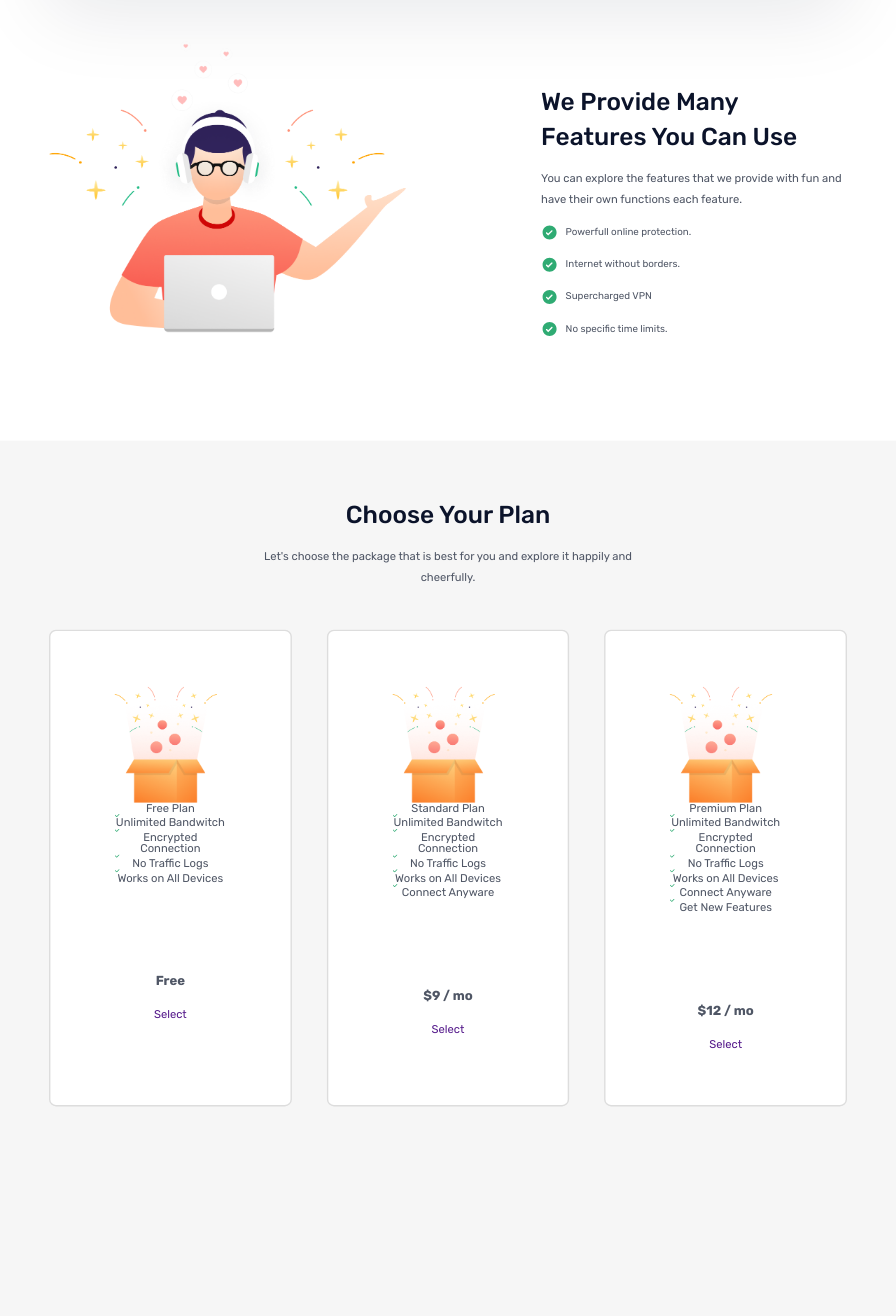
Repository: thefellowshiplotr/lasles_recode
Page: index.html
These files come from the project's save history. The page is drawn as it stood at one moment and after the next save; the edit follows.
The browser window is 1280 px wide. The pictures show the part of the page from y = 862 to 2782 px (the page is 2742 px tall before and 2782 px after), at 70% of full size.
The style sheet was rebuilt from its Sass, Less or Tailwind sources for each picture, by a compiler version that may differ from the author's.

Above is the page before, as saved 2022-10-28 16:17:59.

### index.html
<!DOCTYPE html>
<html lang="en">
  <head>
    <meta charset="UTF-8" />
    <meta http-equiv="X-UA-Compatible" content="IE=edge" />
    <meta name="viewport" content="width=device-width, initial-scale=1.0" />
    <title>Lasles Vpn</title>
    <link rel="preconnect" href="https://fonts.googleapis.com" />
    <link rel="preconnect" href="https://fonts.gstatic.com" crossorigin />
    <link
      href="https://fonts.googleapis.com/css2?family=Rubik:wght@400;500;700&display=swap"
      rel="stylesheet"
    />
    <link rel="stylesheet" href="./css/app.css" />
  </head>
  <body>
    <div class="wrapper">
      <header class="header">
        <div class="container">
          <div class="header-container">
            <img srcset="./img/logo.png 2x" alt="" class="header-logo" />
            <ul class="menu">
              <li class="menu-item">
                <a href="#" class="menu-link">About</a>
              </li>
              <li class="menu-item">
                <a href="#" class="menu-link">Features</a>
              </li>
              <li class="menu-item">
                <a href="#" class="menu-link">Pricing</a>
              </li>
              <li class="menu-item">
                <a href="#" class="menu-link">Testimonials</a>
              </li>
              <li class="menu-item">
                <a href="#" class="menu-link">Help</a>
              </li>
            </ul>
            <div class="header-auth">
              <a href="#" class="header-signin">Sign In</a>
              <a href="#" class="header-signup">Sign Up</a>
            </div>
          </div>
        </div>
      </header>
    </div>
    <div class="wrapper">
      <section class="hero">
        <div class="container">
          <div class="hero-container">
            <div class="hero-content">
              <h1 class="hero-heading">
                Want anything to be easy with
                <strong class="hero-laslesvpn">LaslesVPN.</strong>
              </h1>
              <p class="hero-desc">
                Provide a network for all your needs with ease and fun using
                <strong class="hero-laslesvpn2">LaslesVPN</strong> discover
                interesting features from us.
              </p>
            </div>
            <div class="hero-btn">
              <a href="" class="button button-primary">Get Started</a>
            </div>
            <div class="hero-img">
              <img srcset="./img/hero-image.png 2x" alt="" />
            </div>
          </div>
        </div>
      </section>
    </div>
    <div class="wrapper">
      <section class="intro">
        <div class="container">
          <div class="intro-container">
            <div class="intro-item">
              <div class="intro-icon">
                <img srcset="./img/user.png 2x" alt="" />
              </div>
              <div class="intro-info">
                <div class="intro-title">90+</div>
                <p class="intro-text">Users</p>
              </div>
            </div>
            <div class="intro-item">
              <div class="intro-icon">
                <img srcset="./img/location.png 2x" alt="" />
              </div>
              <div class="intro-info">
                <div class="intro-title">30+</div>
                <p class="intro-text">Locations</p>
              </div>
            </div>
            <div class="intro-item">
              <div class="intro-icon">
                <img srcset="./img/server.png 2x" alt="" />
              </div>
              <div class="intro-info">
                <div class="intro-title">50+</div>
                <p class="intro-text">Servers</p>
              </div>
            </div>
          </div>
        </div>
      </section>
    </div>
    <div class="wrapper">
      <section class="feature">
        <div class="container">
          <div class="feature-container">
            <img
              srcset="./img/feature-image.png 2x"
              alt=""
              class="feature-img"
            />
            <div class="feature-content">
              <h2 class="feature-heading">
                We Provide Many Features You Can Use
              </h2>
              <p class="feature-desc">
                You can explore the features that we provide with fun and have
                their own functions each feature.
              </p>
              <div class="feature-list">
                <div class="feature-item">
                  <img src="./img/icon-check.svg" alt="" />
                  <span>Powerfull online protection.</span>
                </div>
                <div class="feature-item">
                  <img src="./img/icon-check.svg" alt="" />
                  <span>Internet without borders.</span>
                </div>
                <div class="feature-item">
                  <img src="./img/icon-check.svg" alt="" />
                  <span>Supercharged VPN</span>
                </div>
                <div class="feature-item">
                  <img src="./img/icon-check.svg" alt="" />
                  <span>No specific time limits.</span>
                </div>
              </div>
            </div>
          </div>
        </div>
      </section>
    </div>
    <div class="wrapper background-plan">
      <section class="plan">
        <div class="container">
          <div class="plan-container">
            <div class="plan-header">
              <h2 class="plan-heading">Choose Your Plan</h2>
              <p class="plan-desc">
                Let's choose the package that is best for you and explore it
                happily and cheerfully.
              </p>
            </div>
            <div class="plan-list">
              <div class="plan-item">
                <div class="plan-img">
                  <img srcset="./img/plan.png 2x" alt="" />
                </div>
                <div class="plan-title">Free Plan</div>
                <div class="plan-details">
                  <div class="plan-info">
                    <img
                      srcset="./img/icon-check-line.svg 2x"
                      alt=""
                      class="plan-icon"
                    />
                    <span>Unlimited Bandwitch</span>
                  </div>
                  <div class="plan-info">
                    <img
                      srcset="./img/icon-check-line.svg 2x"
                      alt=""
                      class="plan-icon"
                    />
                    <span>Encrypted Connection</span>
                  </div>
                  <div class="plan-info">
                    <img
                      srcset="./img/icon-check-line.svg 2x"
                      alt=""
                      class="plan-icon"
                    />
                    <span>No Traffic Logs</span>
                  </div>
                  <div class="plan-info">
                    <img
                      srcset="./img/icon-check-line.svg 2x"
                      alt=""
                      class="plan-icon"
                    />
                    <span>Works on All Devices</span>
                  </div>
                </div>
                <h3 class="plan-price">Free</h3>
                <a href="" class="button button-rounded">Select</a>
              </div>
              <div class="plan-item">
                <div class="plan-img">
                  <img srcset="./img/plan.png 2x" alt="" />
                </div>
                <div class="plan-title">Standard Plan</div>
                <div class="plan-details">
                  <div class="plan-info">
                    <img
                      srcset="./img/icon-check-line.svg 2x"
                      alt=""
                      class="plan-icon"
                    />
                    <span>Unlimited Bandwitch</span>
                  </div>
                  <div class="plan-info">
                    <img
                      srcset="./img/icon-check-line.svg 2x"
                      alt=""
                      class="plan-icon"
                    />
                    <span>Encrypted Connection</span>
                  </div>
                  <div class="plan-info">
                    <img
                      srcset="./img/icon-check-line.svg 2x"
                      alt=""
                      class="plan-icon"
                    />
                    <span>No Traffic Logs</span>
                  </div>
                  <div class="plan-info">
                    <img
                      srcset="./img/icon-check-line.svg 2x"
                      alt=""
                      class="plan-icon"
                    />
                    <span>Works on All Devices</span>
                  </div>
                  <div class="plan-info">
                    <img
                      srcset="./img/icon-check-line.svg 2x"
                      alt=""
                      class="plan-icon"
                    />
                    <span>Connect Anyware</span>
                  </div>
                </div>
                <h3 class="plan-price">$9 / mo</h3>
                <a href="" class="button button-rounded">Select</a>
              </div>
              <div class="plan-item">
                <div class="plan-img">
                  <img srcset="./img/plan.png 2x" alt="" />
                </div>
                <div class="plan-title">Premium Plan</div>
                <div class="plan-details">
                  <div class="plan-info">
                    <img
                      srcset="./img/icon-check-line.svg 2x"
                      alt=""
                      class="plan-icon"
                    />
                    <span>Unlimited Bandwitch</span>
                  </div>
                  <div class="plan-info">
                    <img
                      srcset="./img/icon-check-line.svg 2x"
                      alt=""
                      class="plan-icon"
                    />
                    <span>Encrypted Connection</span>
                  </div>
                  <div class="plan-info">
                    <img
                      srcset="./img/icon-check-line.svg 2x"
                      alt=""
                      class="plan-icon"
                    />
                    <span>No Traffic Logs</span>
                  </div>
                  <div class="plan-info">
                    <img
                      srcset="./img/icon-check-line.svg 2x"
                      alt=""
                      class="plan-icon"
                    />
                    <span>Works on All Devices</span>
                  </div>
                  <div class="plan-info">
                    <img
                      srcset="./img/icon-check-line.svg 2x"
                      alt=""
                      class="plan-icon"
                    />
                    <span>Connect Anyware</span>
                  </div>
                  <div class="plan-info">
                    <img
                      srcset="./img/icon-check-line.svg 2x"
                      alt=""
                      class="plan-icon"
                    />
                    <span>Get New Features</span>
                  </div>
                </div>
                <h3 class="plan-price">$12 / mo</h3>
                <a href="" class="button button-rounded">Select</a>
              </div>
            </div>
          </div>
        </div>
      </section>
    </div>
  </body>
</html>

### sass/app.scss
@import "reset";
@import "variables";
@import "global";
@import "header";
@import "menu";
@import "hero";
@import "intro";
@import "feature";
@import "plan";

### sass/_variables.scss
$font: "Rubik", sans-serif;
$text-color: #4f5665;
$heading-color: #0b132a;
$primary-color: #f53838;
$secondary-color: #f53855;
$gray-color: #f6f6f6;
$gray-light-color: #f8f8f8;
$gray-lighter-color: #afb5c0;

### sass/_global.scss
.wrapper {
  max-width: 1440px;
  margin: 0 auto;
}

.container {
  max-width: 1170px;
  margin: 0 auto;
  padding: 0 15px;
}

body {
  line-height: 1;
  font-family: $font;
  color: $text-color;
  font-weight: 400;
}

.button {
  &-primary {
    color: #fff;
    padding: 17px 77px;
    border: none;
    background-color: $primary-color;
    border: 1px solid;
    border-radius: 10px;
    white-space: nowrap;
  }
}
.background-plan {
  background-color: $gray-color;
}

### sass/_header.scss
.header {
  padding-top: 30px;
  padding-bottom: 90px;
  &-container {
    display: flex;
    justify-content: space-between;
    align-items: center;
  }
  &-auth {
    display: flex;
    align-items: center;
    gap: 0 30px;
  }
  &-signin {
    color: $heading-color;
    font-weight: 500;
    font-size: 16px;
    line-height: calc(18.96 / 16);
  }
  &-signup {
    color: $secondary-color;
    font-weight: 500;
    font-size: 16px;
    line-height: calc(18.96 / 16);
    padding: 13px 45px;
    border: 1px solid $secondary-color;
    border-radius: 50px;
    // border-radius: 100rem;
  }
}

### sass/_menu.scss
.menu {
  list-style: none;
  display: flex;
  align-items: center;
  gap: 0 40px;
  &-link {
    color: inherit;
    font-size: 16px;
    line-height: calc(18.96 / 16);
  }
}

### sass/_hero.scss
.hero {
  padding-bottom: 100px;
  &-container {
    display: flex;
    justify-content: space-between;
    align-items: center;
    position: relative;
    gap: 0 40px;
    align-items: center;
  }
  &-content {
    width: 100%;
    max-width: 555px;
    display: flex;
    align-items: center;
    flex-direction: column;
    align-content: center;
  }
  &-img {
    position: absolute;
    top: 50%;
    transform: translate(40px, -40%);
    right: 0;
  }
  &-heading {
    color: $heading-color;
    font-weight: 500;
    font-size: 50px;
    line-height: calc(70 / 50);
    margin-bottom: 20px;
  }
  &-desc {
    font-weight: 400;
    font-size: 16px;
    line-height: calc(30 / 16);
    margin-bottom: 50px;
  }
  &-laslesvpn {
    font-weight: 700;
    font-size: 50px;
    line-height: calc(70 / 50);
  }
  &-btn {
    font-weight: 700;
    font-size: 16px;
    line-height: calc(25 / 16);
    position: absolute;
    left: 0;
    bottom: -55px;
    box-shadow: 0 37px 54px 0px $primary-color;
  }
}

### sass/_intro.scss
.intro {
  padding: 57px 0;
  margin-top: 40px;
  &-container {
    background: #ffffff;
    padding: 37px 0;
    border-radius: 10px;
    box-shadow: 0 42px 114px 0 rgb(13 16 37 / 10%);
    display: grid;
    grid-template-columns: repeat(3, minmax(0, 1fr));
    grid-gap: 0 50px;
    min-height: 200px;
  }
  &-item {
    display: flex;
    align-items: center;
    justify-content: center;
    gap: 0 36.5px;
  }
  &-item:nth-child(2) {
    border-left: 2px solid #eeeff2;
    border-right: 2px solid #eeeff2;
  }
  &-title {
    color: $heading-color;
    font-weight: 700;
    font-size: 25px;
    line-height: calc(30 / 25);
  }
  &-text {
    color: $text-color;
    font-weight: 400;
    font-size: 20px;
    line-height: calc(30 / 20);
  }
}

### sass/_feature.scss
.feature {
  padding-bottom: 126px;
  &-container {
    display: flex;
    justify-content: space-between;
    align-items: center;
  }
  &-content {
    margin-top: 90px;
  }
  &-heading {
    width: 383px;
    color: $heading-color;
    font-weight: 500;
    font-size: 35px;
    line-height: calc(50 / 35);
    margin-bottom: 20px;
  }
  &-desc {
    width: 437px;
    font-weight: 400;
    font-size: 16px;
    line-height: calc(30 / 16);
    margin-bottom: 20px;
  }
  &-item {
    display: flex;
    justify-content: flex-start;
    align-items: center;
    gap: 0 10px;
    font-size: 14px;
    margin-bottom: 21px;
  }
}

### sass/_plan.scss
.plan {
  padding-bottom: 150px;
  &-container {
    display: flex;
    align-items: center;
    justify-content: center;
    text-align: center;
    flex-direction: column;
  }
  &-header {
    margin-top: 80px;
  }
  &-heading {
    color: $heading-color;
    font-weight: 500;
    font-size: 35px;
    line-height: calc(50 / 35);
    margin-bottom: 20px;
  }
  &-desc {
    width: 555px;
    font-weight: 40;
    font-size: 16px;
    line-height: calc(30 / 16);
  }
  &-list {
    margin-top: 60px;
    display: grid;
    grid-template-columns: repeat(3, 1fr);
    grid-gap: 0 50px;
    margin-bottom: 150px;
  }
  &-item {
    background-color: #fff;
    border: 2px solid #dddddd;
    border-radius: 10px;
    padding: 79px 92px;
  }
  &-price {
    margin-top: 130px;
    margin-bottom: 30px;
  }
}

Loaded but not shown: sass/_reset.scss (common file)

After the next save:
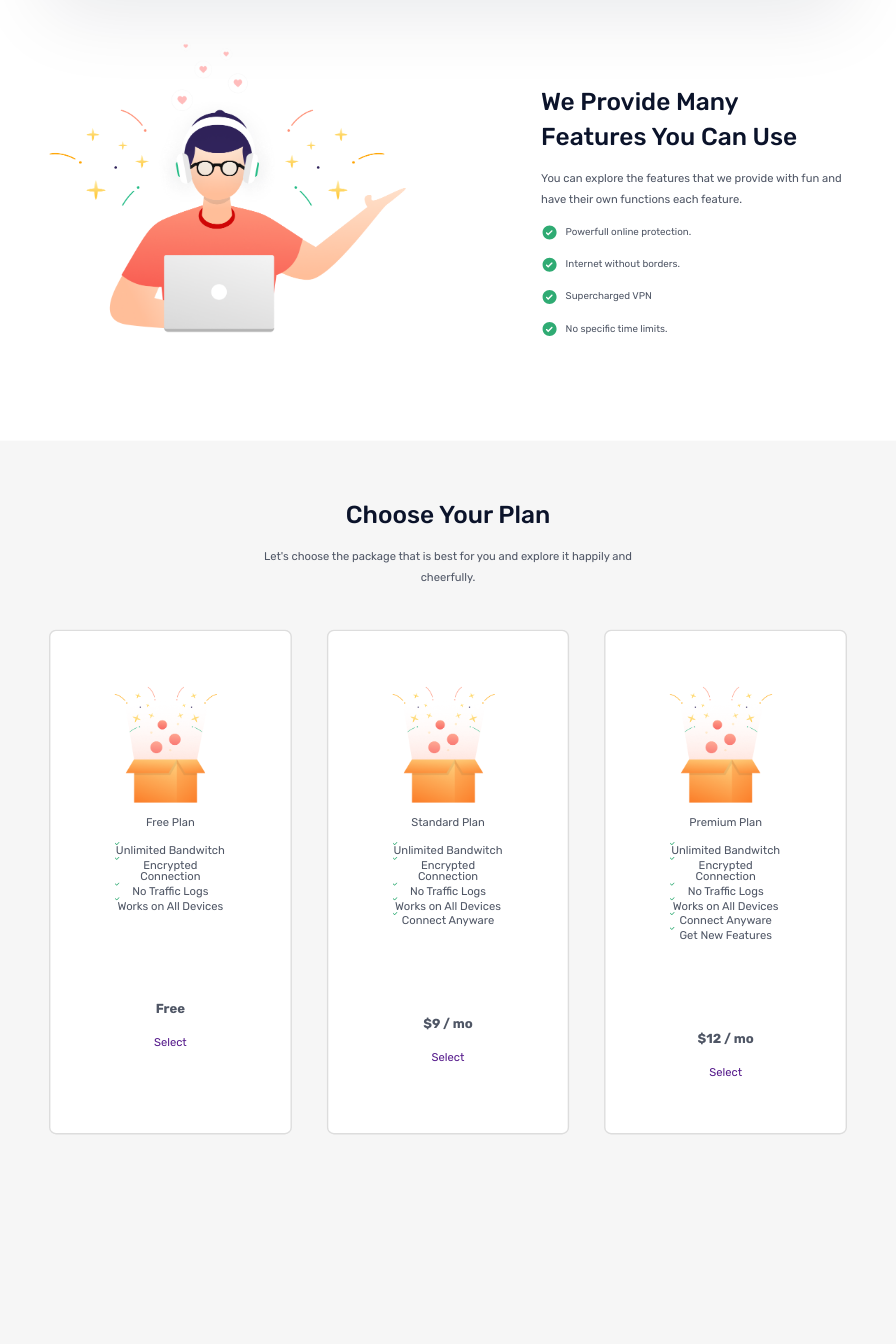
Saved 64 s later.
--- a/sass/_plan.scss
+++ b/sass/_plan.scss
@@ -40,4 +40,8 @@
     margin-top: 130px;
     margin-bottom: 30px;
   }
+  &-title {
+    margin-top: 20px;
+    margin-bottom: 20px;
+  }
 }
